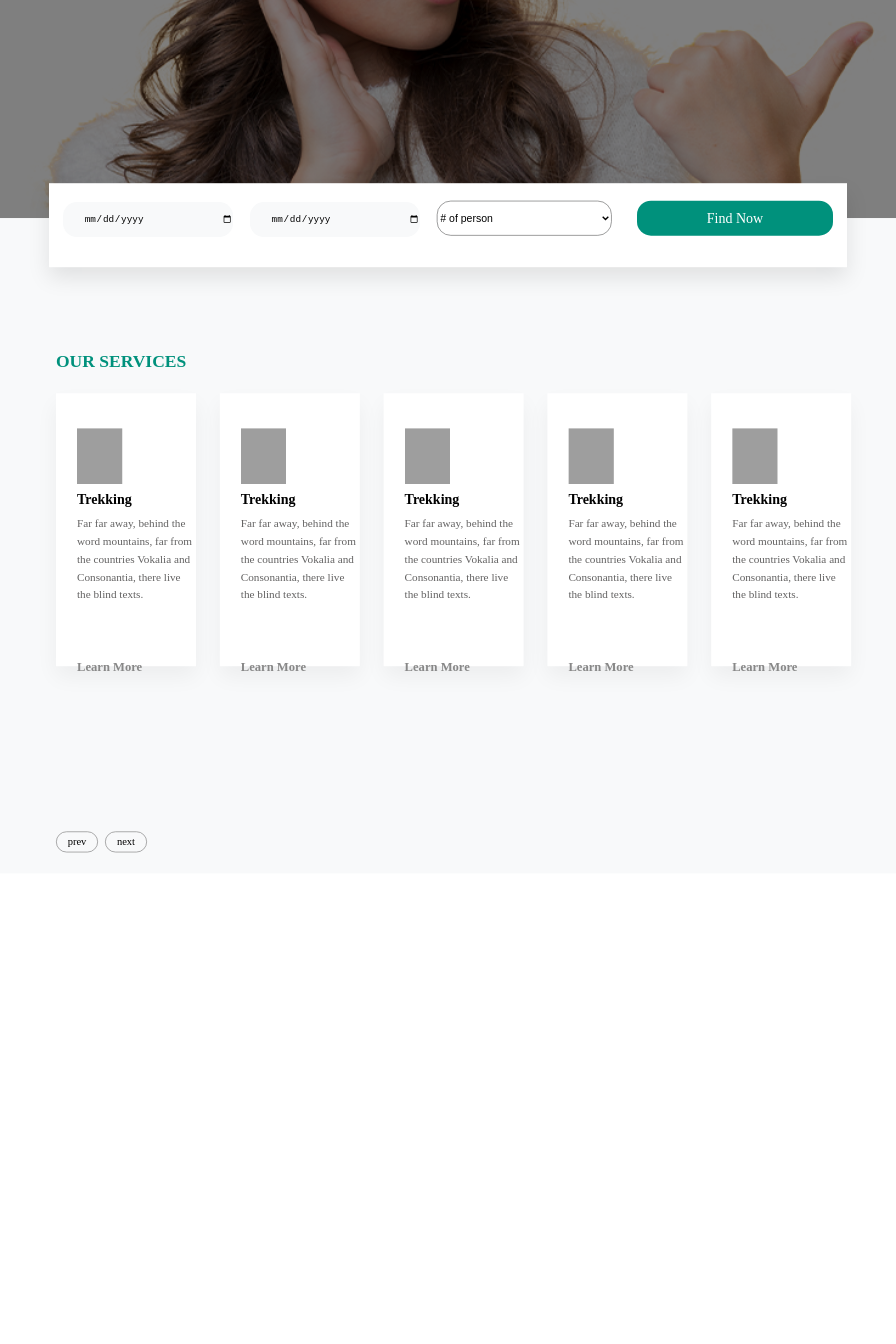
Repository: nhutduy0803/template1
Page: index.html
These files come from the project's save history. The page is drawn as it stood at one moment and after the next save; the edit follows.
The browser window is 1280 px wide. The pictures show the part of the page from y = 624 to 2544 px (the page is 5000 px tall), at 70% of full size.
Pictures or frames that could not be fetched are drawn as grey boxes.

Above is the page before, as saved 2021-11-28 13:42:51.

After the next save:
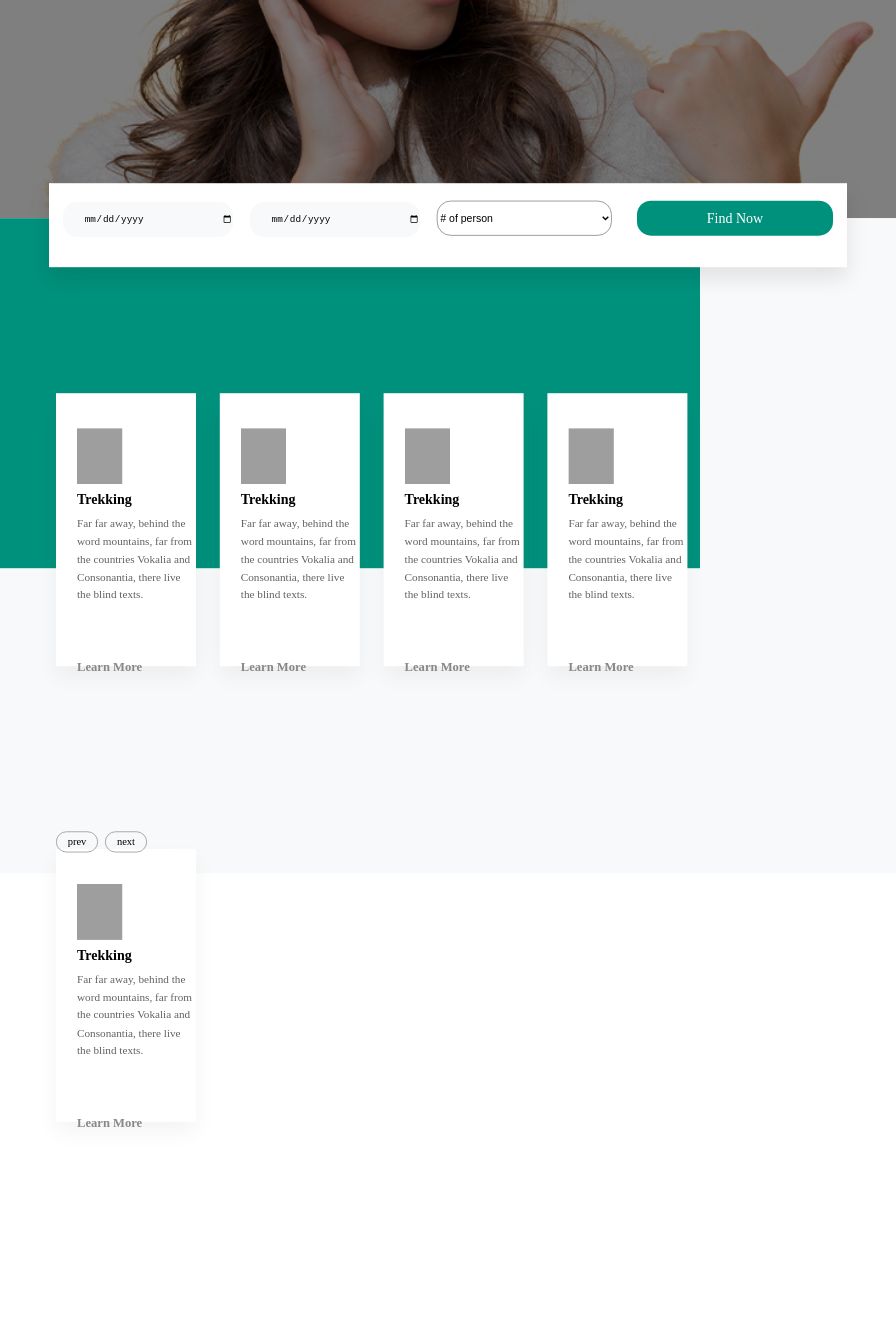
Saved 30 s later.
--- a/assets/css/style.css
+++ b/assets/css/style.css
@@ -371,3 +371,9 @@ ul .fa-chevron-down {
 .prev:active {
   border: 2px solid #00917c;
 }
+
+.slide-card {
+  background: #00917c;
+  height: 500px;
+  width: 1000px;
+}
